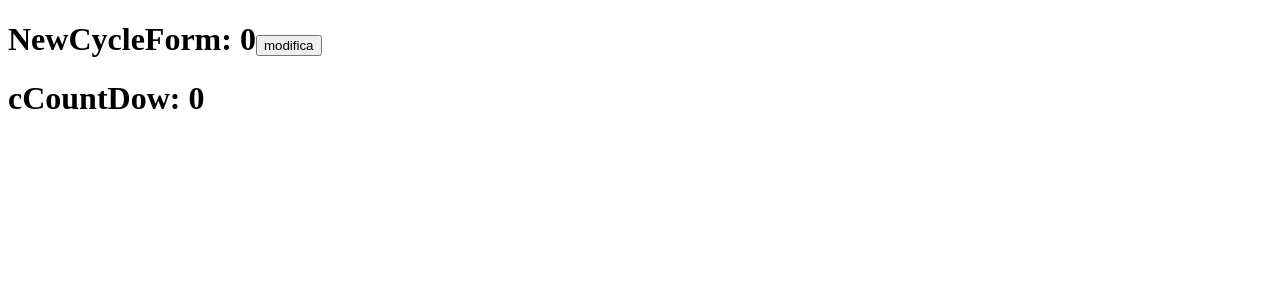
Repository: caueenrico/CoffeDelivery
Page: /
The author's editor kept a copy of each file at every save. The page is drawn from the files as they stood at one save, then again after the next save.
The browser window is 1280 px wide. The pictures show the whole page.
The project was rebuilt for these pictures with package versions that can differ from the ones it lists, and the page was loaded fresh each time. Also part of the build but not shown: vite.config.ts.

Above is the page before, as saved 2022-09-29 18:50:40.

### index.html
<!DOCTYPE html>
<html lang="en">
  <head>
    <meta charset="UTF-8" />

    <link rel="preconnect" href="https://fonts.googleapis.com" />
    <link rel="preconnect" href="https://fonts.gstatic.com" crossorigin />
    <link
      href="https://fonts.googleapis.com/css2?family=Baloo+2:wght@700;800&family=Roboto:wght@400;700&display=swap"
      rel="stylesheet"
    />

    <link rel="icon" type="image/svg+xml" href="/vite.svg" />
    <meta name="viewport" content="width=device-width, initial-scale=1.0" />
    <title>Vite + React + TS</title>
  </head>
  <body>
    <div id="root"></div>
    <script type="module" src="/src/main.tsx"></script>
  </body>
</html>

### src/App.tsx
import { BrowserRouter } from "react-router-dom";
import { ThemeProvider } from "styled-components";
import { HomeContext } from "./HomeContext";
import { Router } from "./Router";
import { defaultTheme } from "./styles/themes/default";
import { GlobalStyle } from "./styles/themes/global";

export function App() {
  return (

    <>
    <HomeContext/>
    </>
    // <ThemeProvider theme={defaultTheme}>
    //   <BrowserRouter>
    //     <Router />
    //   </BrowserRouter>
    //   <GlobalStyle />
    // </ThemeProvider>
  );
}

### src/HomeContext.tsx
import { createContext, useContext, useState } from "react";

const CyclesContext = createContext({
  activeCycle: 1,
})

function NewCycleForm() {
  let {activeCycle} = useContext(CyclesContext)

  return <h1>NewCycleForm: {activeCycle}
  <button onClick={() => {
    activeCycle = 2
  }}> modifica</button>
  </h1>
}

function CountDown () {
  const {activeCycle} = useContext(CyclesContext)
  return <h1>cCountDow: {activeCycle} </h1>
}


export function HomeContext() {
  const [activeCycle, setActiveCycle] = useState(0)

  return (
    <CyclesContext.Provider value={{activeCycle}}>
    <div>
        <NewCycleForm />
        <CountDown />
    </div>
    </CyclesContext.Provider>
  );
}

Loaded but not shown: src/main.tsx (common file)

After the next save:
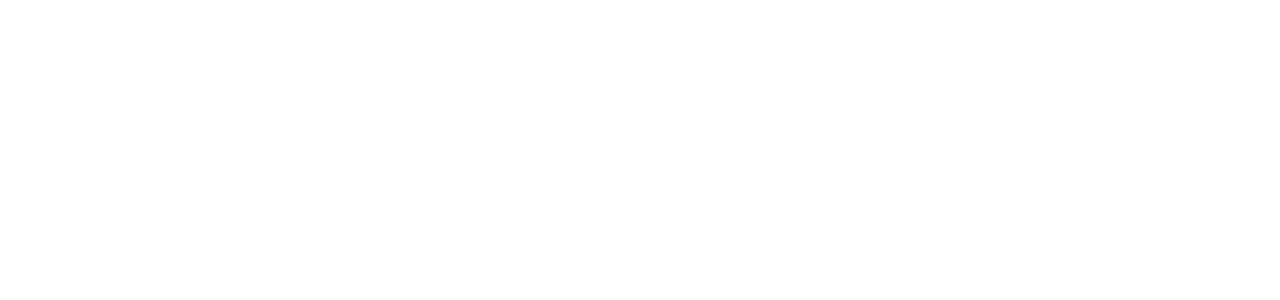
Console error: ReferenceError: set is not defined
Saved 98 s later.
--- a/src/HomeContext.tsx
+++ b/src/HomeContext.tsx
@@ -24,7 +24,7 @@
   const [activeCycle, setActiveCycle] = useState(0)
 
   return (
-    <CyclesContext.Provider value={{activeCycle}}>
+    <CyclesContext.Provider value={{activeCycle, set}}>
     <div>
         <NewCycleForm />
         <CountDown />

After the save that followed:
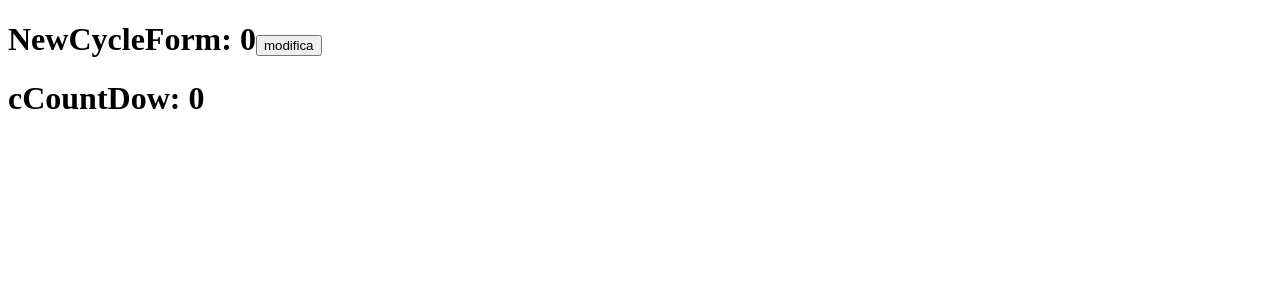
The error is gone.
Saved 8 s later.
--- a/src/HomeContext.tsx
+++ b/src/HomeContext.tsx
@@ -24,7 +24,7 @@
   const [activeCycle, setActiveCycle] = useState(0)
 
   return (
-    <CyclesContext.Provider value={{activeCycle, set}}>
+    <CyclesContext.Provider value={{activeCycle, setActiveCycle}}>
     <div>
         <NewCycleForm />
         <CountDown />
